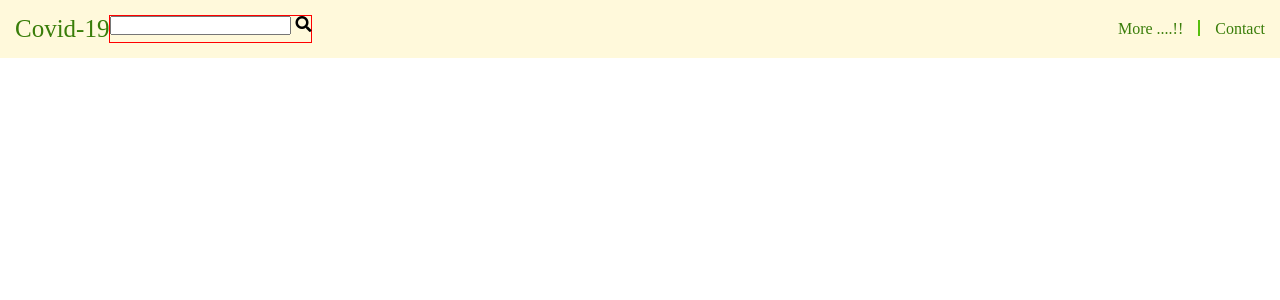
Repository: thuongton98/Covid
Page: html-css-js/index.html
An editor plug-in stored every save of this project. The page is shown before and after the next save, followed by the edit.
The browser window is 1280 px wide. The pictures show the whole page.

Above is the page before, as saved 2021-07-01 09:07:01.

After the next save:
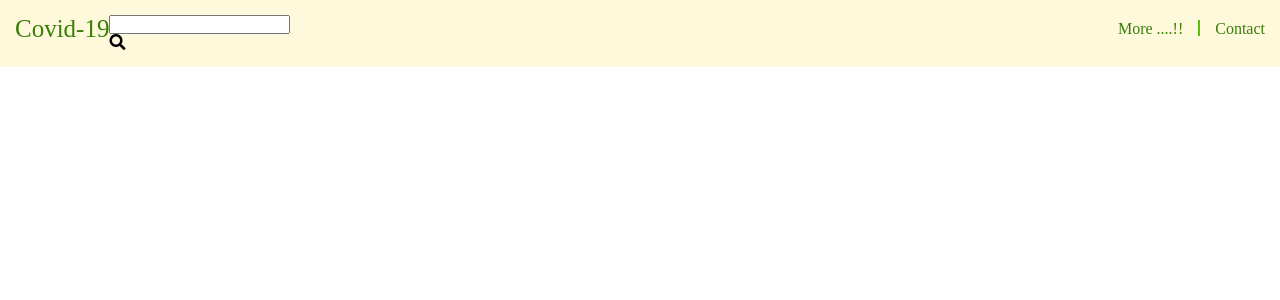
Saved 10 s later.
--- a/html-css-js/styles.css
+++ b/html-css-js/styles.css
@@ -59,5 +59,5 @@ nav .icon .icon-i{
 }
 
 nav .icon .icon-search{
-    border:1px solid red
+   width: 15px;
 }
